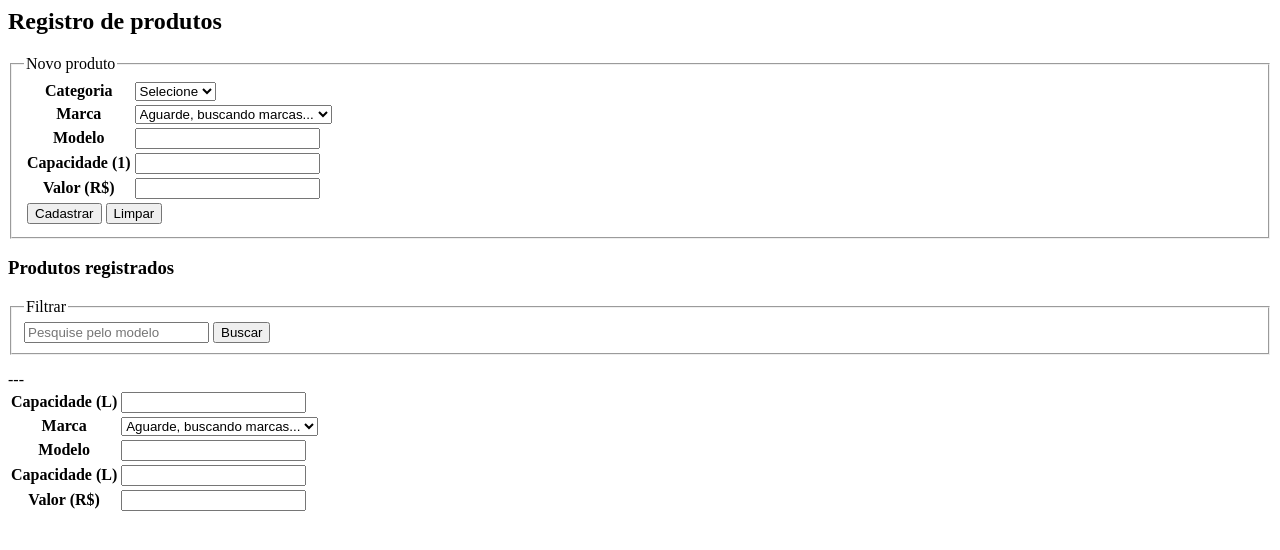
Repository: AndreiLGomes/faculdade
Page: ProjetoTrilhaWeb2/src/main/webapp/pages/admin/product/index.html
The author's editor kept a copy of each file at every save. The page is drawn from the files as they stood at one save, then again after the next save.
The browser window is 1280 px wide. The pictures show the whole page.

Above is the page before, as saved 2024-11-13 23:18:31.
Console error: ReferenceError: COLDIGO is not defined

After the next save:
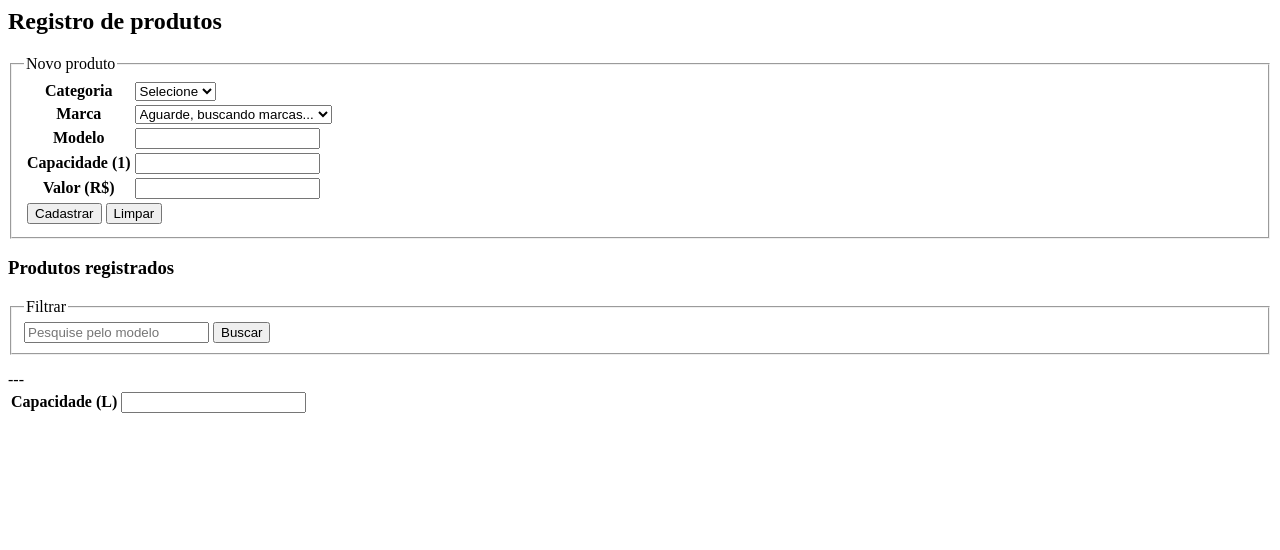
Saved 27 s later.
--- a/ProjetoTrilhaWeb2/src/main/webapp/pages/admin/product/index.html
+++ b/ProjetoTrilhaWeb2/src/main/webapp/pages/admin/product/index.html
@@ -68,35 +68,11 @@
     <form name="frmEditaProduto" id="editaProduto" class="frmEditar">
         <table>
            <th>Capacidade (L)</th>
-    <td>
-        <input type="text" name="capacidade">
-    </td>
+    		<td>
+       			 <input type="text" name="capacidade">
+   			 </td>
             <tr>
-                <th>Marca</th>
-                <td>
-                    <select name="marcaId" id="selMarcaEdicao">
-                        <option value="" class="buscando">Aguarde, buscando marcas...</option>
-                    </select>
-                </td>
-            </tr>
-            <tr>
-                <th>Modelo</th>
-                <td>
-                    <input type="text" name="modelo">
-                </td>
-            </tr>
-    <tr>
-    <th>Capacidade (L)</th>
-    <td>
-        <input type="text" name="capacidade">
-    </td>
-</tr>
-<tr>
-    <th>Valor (R$)</th>
-    <td>
-        <input type="text" name="valor">
-    </td>
-		</tr>
+
 	</table>
 		<input type="hidden" name="idProduto">
 	</form>
